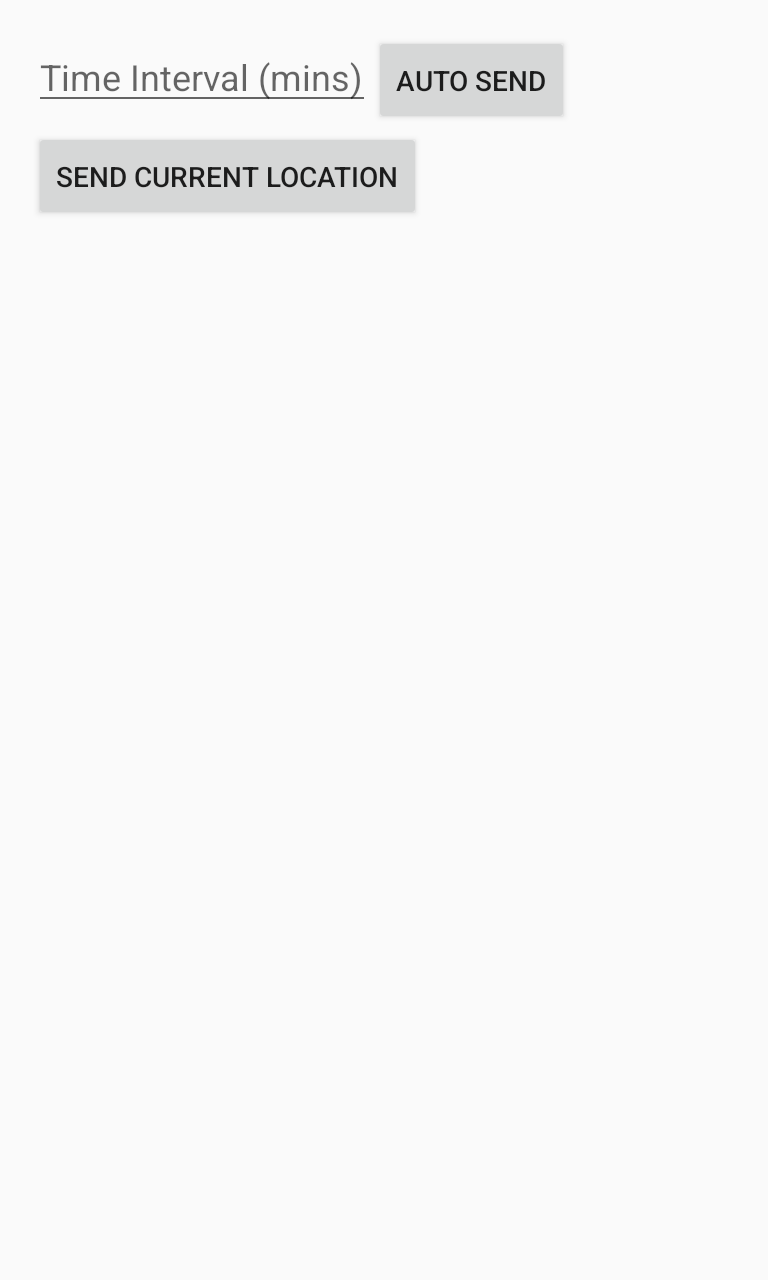
Repository: haidark/rahat
Layout: android/Rahat/res/layout/fragment_main.xml
These files come from the project's save history. The layout is drawn as it stood at one moment and after the next save; the edit follows.
It is drawn on a 768 x 1280 px phone screen (xhdpi) without system bars, with theme AppTheme; the app's code is not run.

Above is the layout before, as saved 2014-05-01 23:32:07.

After the next save:
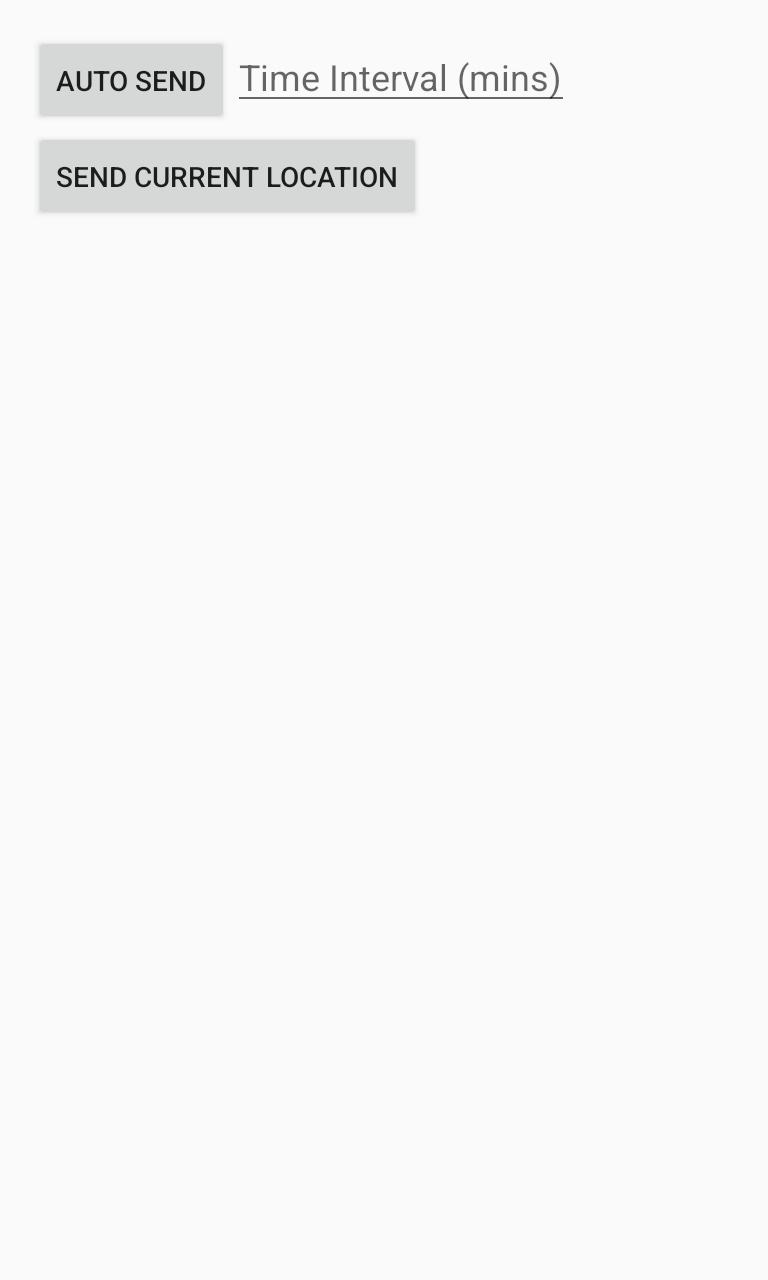
Saved 40 s later.
--- a/android/Rahat/res/layout/fragment_main.xml
+++ b/android/Rahat/res/layout/fragment_main.xml
@@ -12,16 +12,16 @@
     			  android:layout_height="wrap_content"
     			  android:orientation="horizontal">
 
+        <Button	android:layout_width="wrap_content"
+		        android:layout_height="wrap_content"
+		        android:text="@string/button_service"
+		        android:onClick="startService" />
+
         <EditText android:id="@+id/edit_1"
         		  android:layout_width="wrap_content"
         		  android:layout_height="wrap_content"
         		  android:maxWidth="200dp"
         		  android:hint="@string/edit_1" />
-
-        <Button	android:layout_width="wrap_content"
-		        android:layout_height="wrap_content"
-		        android:text="@string/button_service"
-		        android:onClick="startService" />
 
     </LinearLayout>
 
